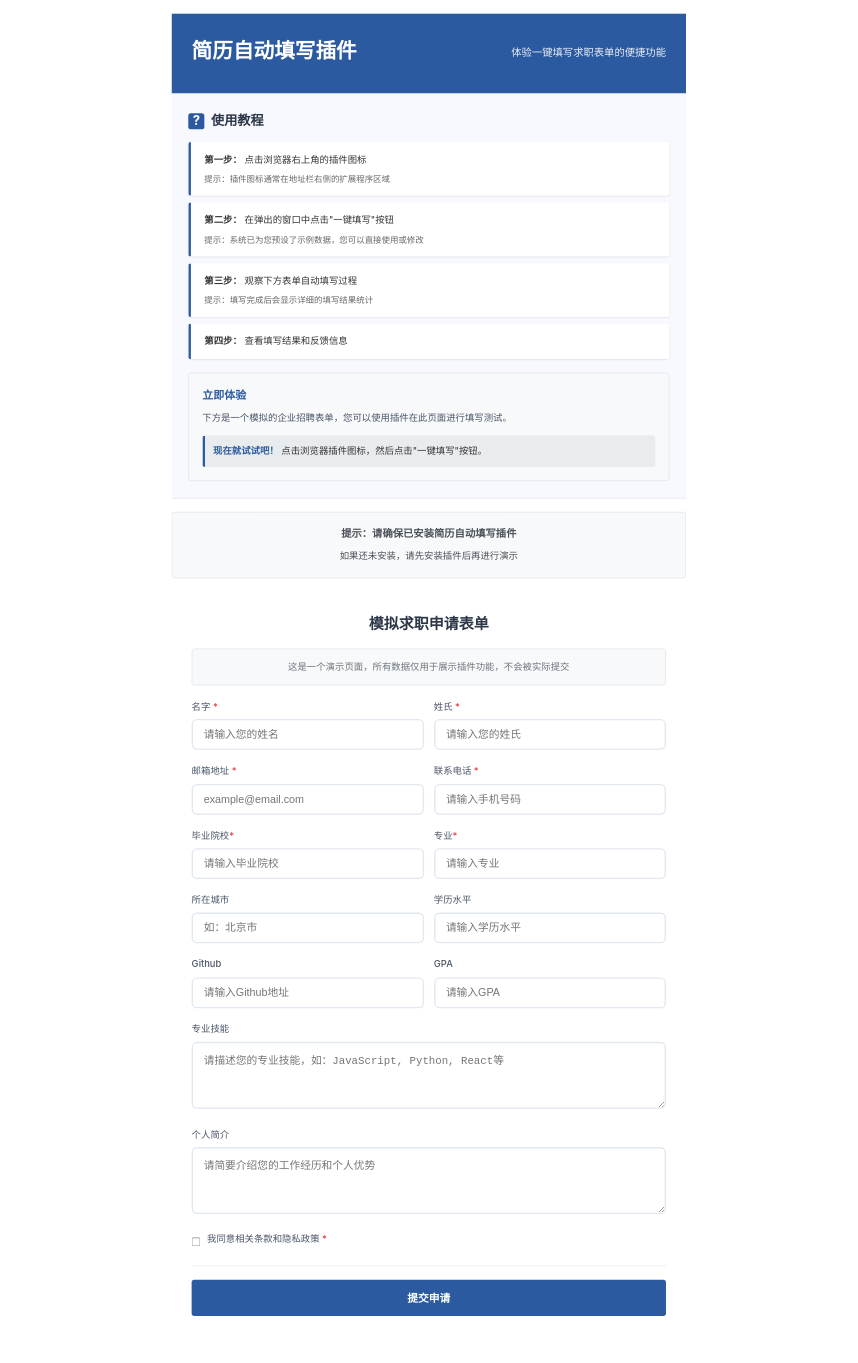
Repository: Zion74/jiancareer-chrome-main-zhn
Page: public/mock-form.html
These files come from the project's save history. The page is drawn as it stood at one moment and after the next save; the edit follows.
The browser window is 1280 px wide. The pictures show the whole page, at 67% of full size.

Above is the page before, as saved 2025-09-09 23:16:18.

After the next save:
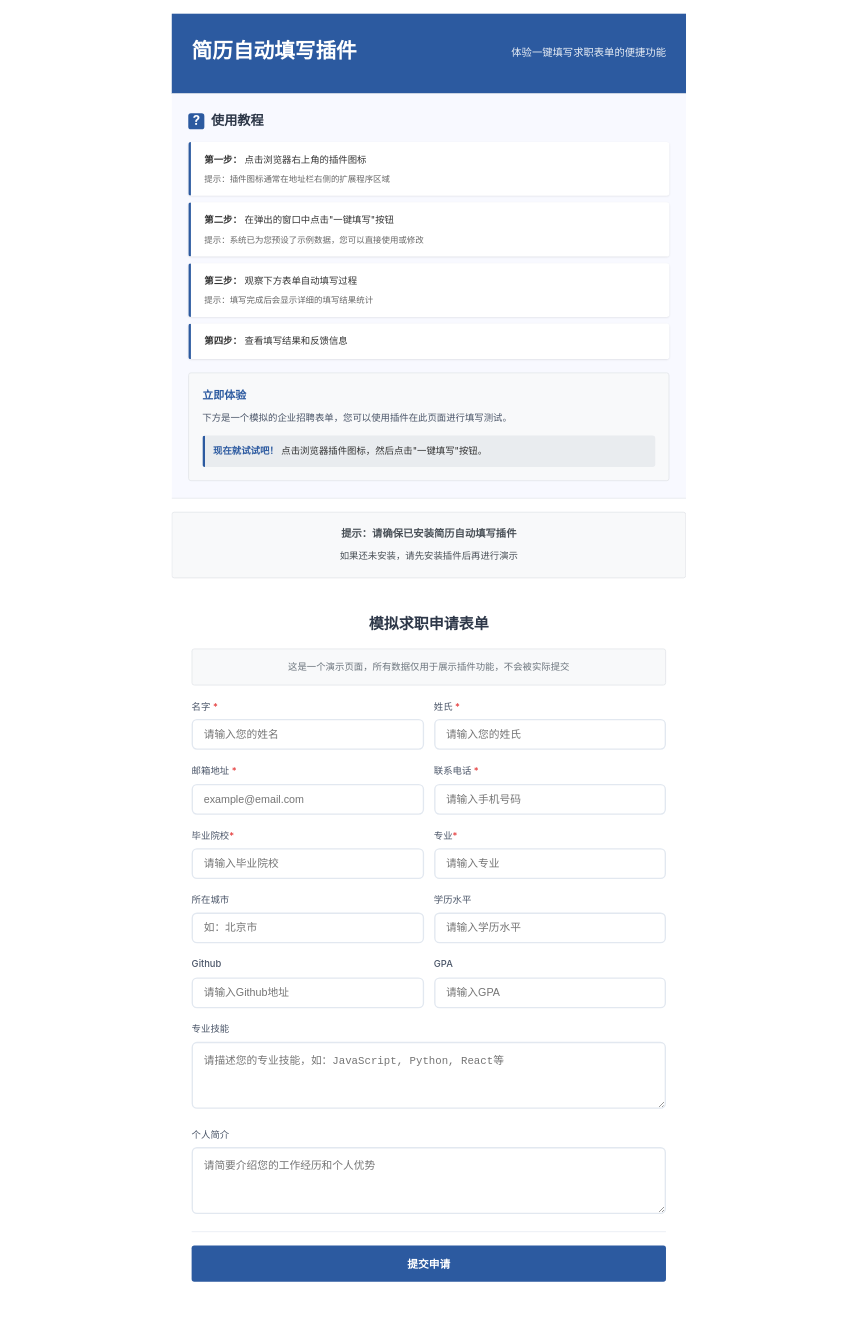
Saved 19 s later.
--- a/public/mock-form.html
+++ b/public/mock-form.html
@@ -362,11 +362,6 @@
                     <textarea id="introduction" name="introduction" placeholder="请简要介绍您的工作经历和个人优势"></textarea>
                 </div>
 
-                <div class="checkbox-group">
-                    <input type="checkbox" id="agree" name="agree" required>
-                    <label for="agree">我同意相关条款和隐私政策 <span class="required">*</span></label>
-                </div>
-
                 <div class="submit-section">
                     <button type="submit" class="btn">提交申请</button>
                 </div>
